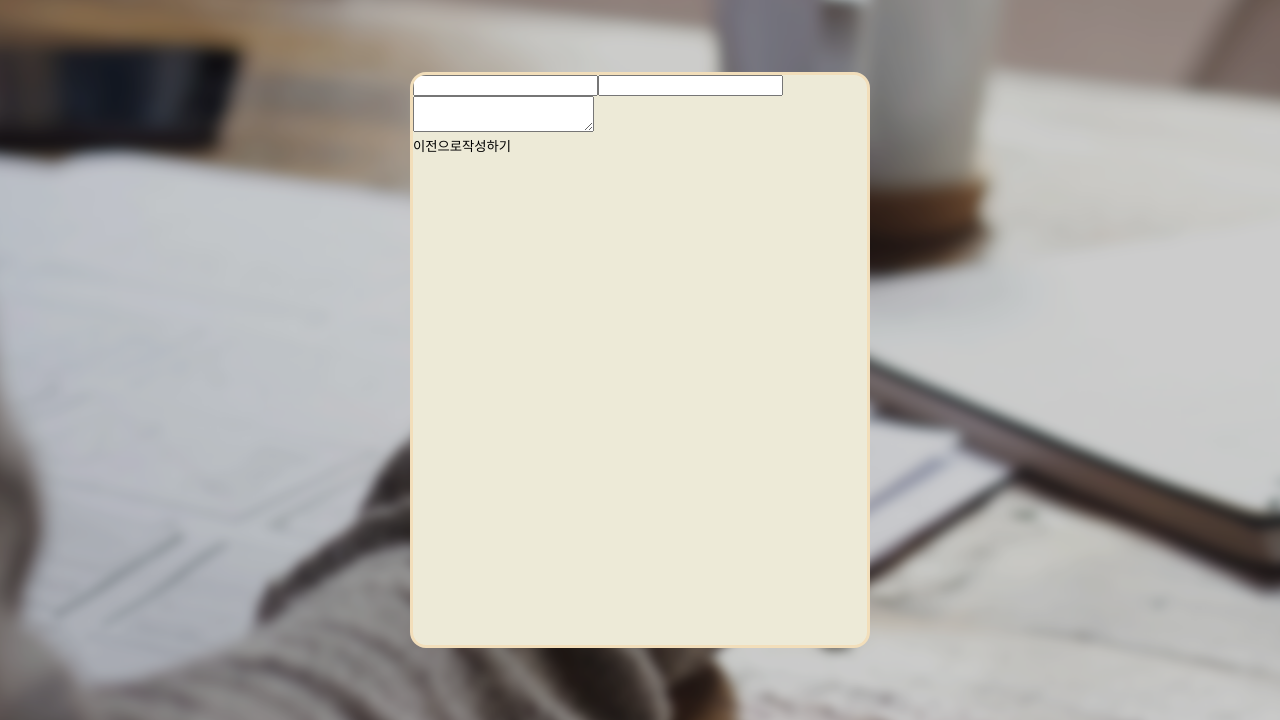
Repository: SeungYn/poje-frontend
Page: /portfolio/make
An editor plug-in stored every save of this project. The page is shown before and after the next save, followed by the edit.
The browser window is 1280 px wide. The pictures show the whole page.
The project was rebuilt for these pictures with package versions that can differ from the ones it lists, and the page was loaded fresh each time. Also part of the build but not shown: craco.config.js, src/components/auth/styledComponets.ts, src/components/auth/AuthLoginForm.tsx, src/components/auth/AuthSideBanner.tsx, src/components/auth/AuthSignUpForm.tsx, src/components/auth/AuthFormTemplate.tsx, src/components/auth/Login.tsx, src/components/auth/SignUp.tsx and 16 more.

Above is the page before, as saved 2023-01-16 22:07:12.

After the next save:
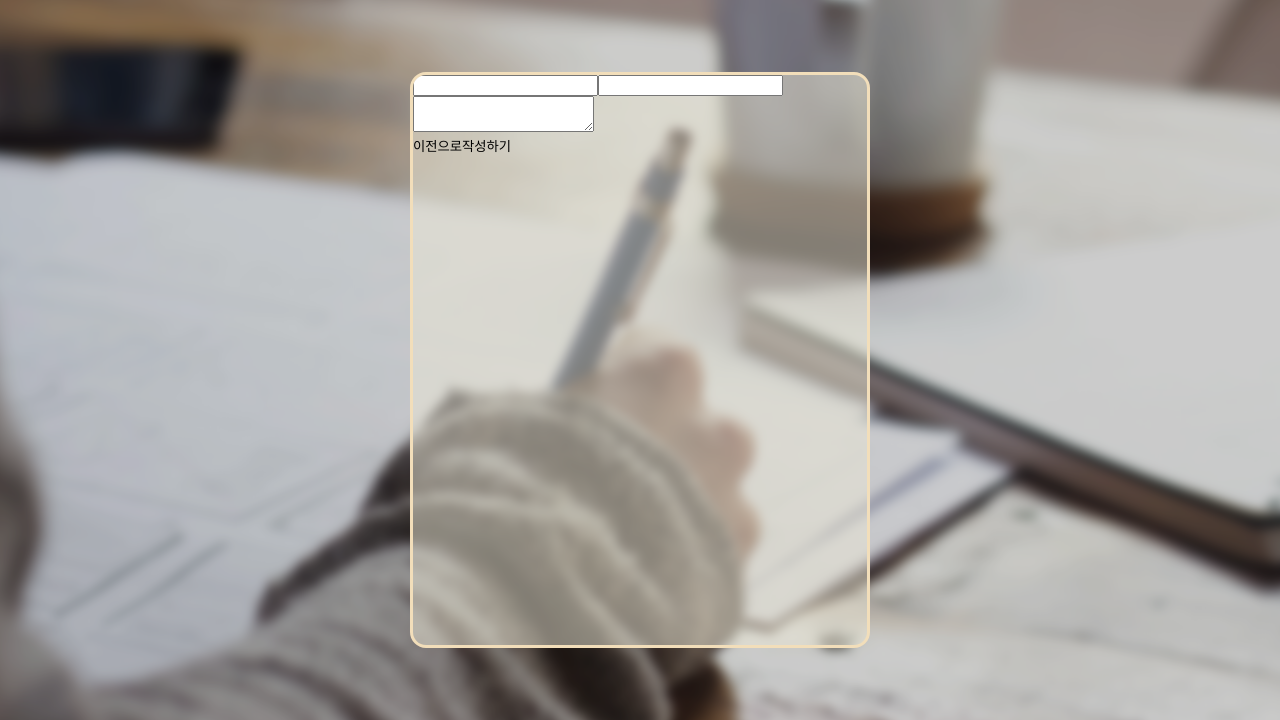
Saved 6 s later.
--- a/src/pages/portfolio/PortfolioMakePage.tsx
+++ b/src/pages/portfolio/PortfolioMakePage.tsx
@@ -54,5 +54,5 @@ const MakeForm = styled.form`
   width: 100%;
   border: 3px solid ${(props) => props.theme.mainColor};
   border-radius: 1rem;
-  background: rgb(237, 234, 215);
+  background: rgb(237, 234, 215, 0.5);
 `;
